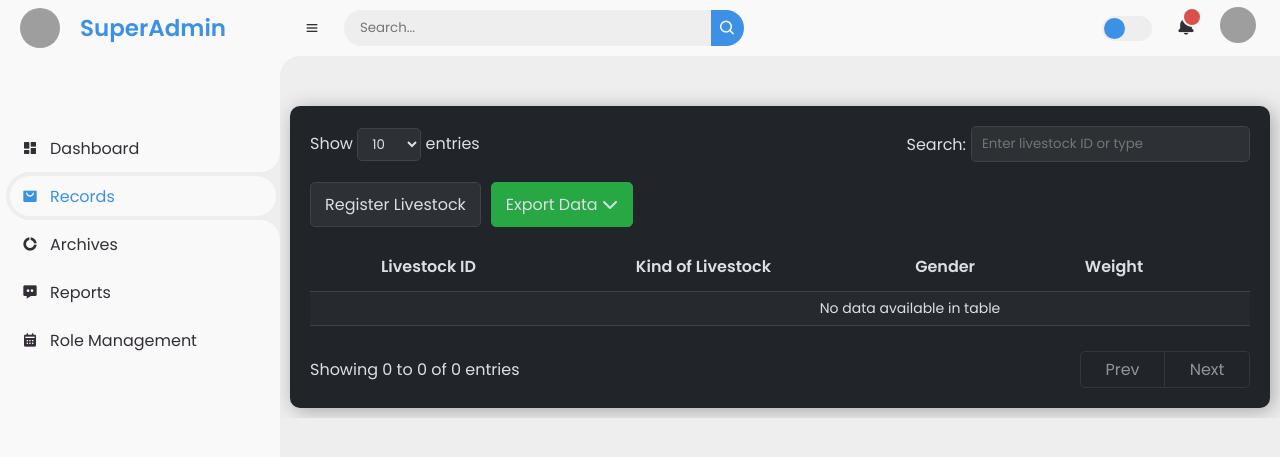
Repository: gaelly-ace/Capstone-System
Page: records.html
The author's editor kept a copy of each file at every save. The page is drawn from the files as they stood at one save, then again after the next save.
The browser window is 1280 px wide. The pictures show the whole page.
Pictures or frames that could not be fetched are drawn as grey boxes.

Above is the page before, as saved 2025-10-10 00:52:35.

After the next save:
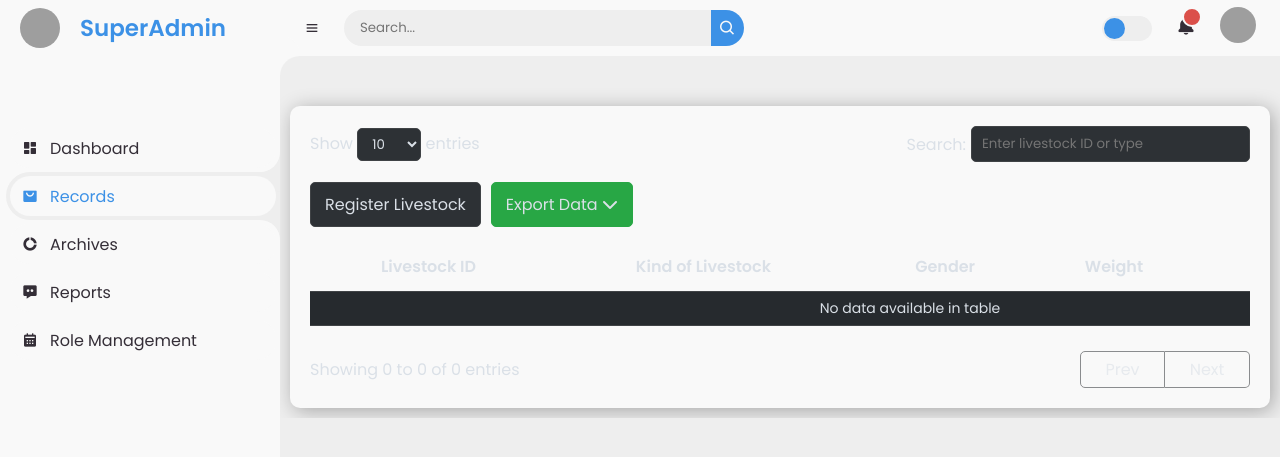
Saved 4 min 49 s later.
--- a/records.css
+++ b/records.css
@@ -319,7 +319,7 @@ body {
 .container{
     padding: 20px;
     box-shadow: 3px 3px 20px var(--dark1);
-    background: var(--dark3);
+    background: var(--light);
     border-radius: 10px;
     margin: 10px;
     margin-top: 50px;
